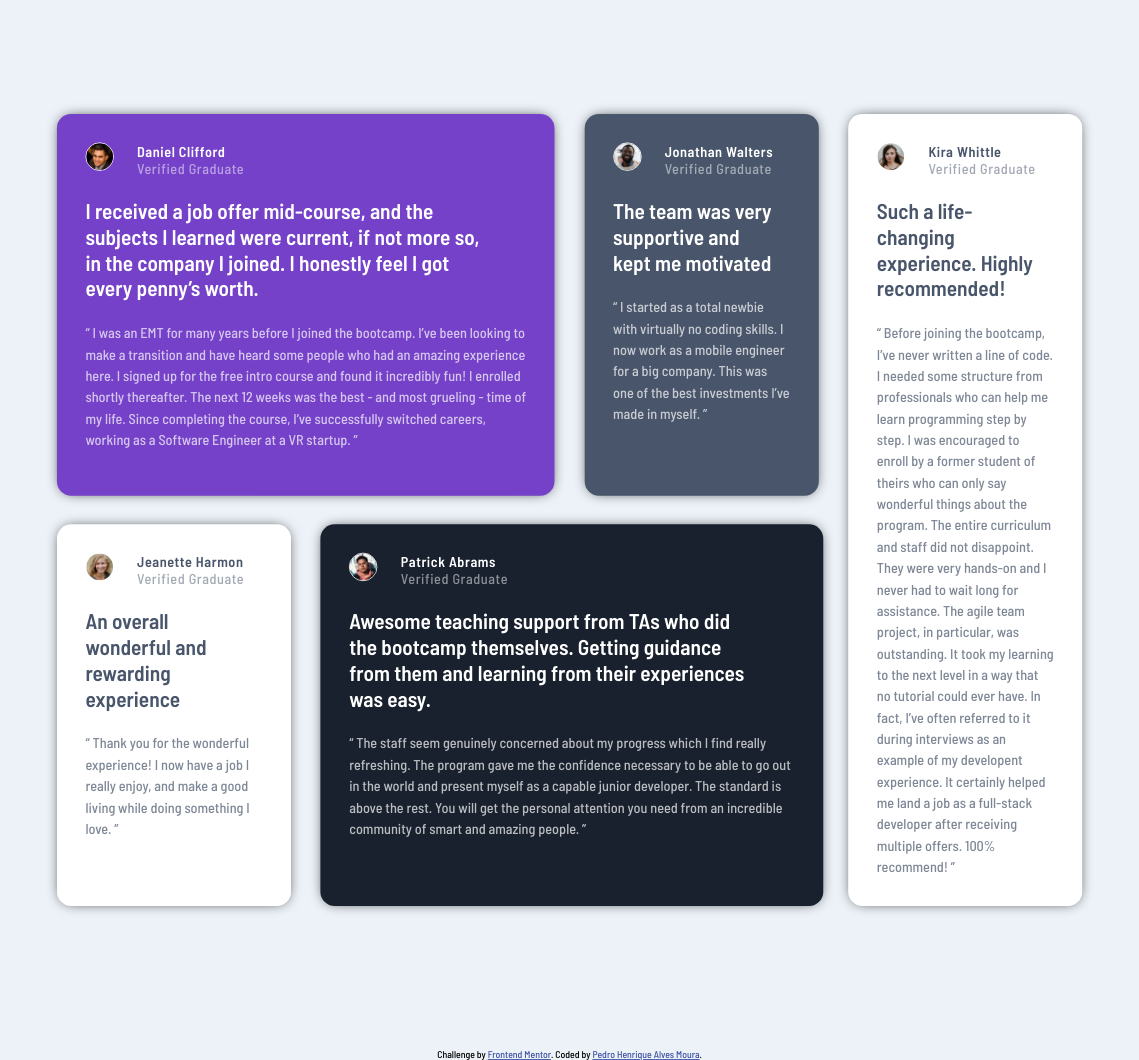
Repository: Pedrohamoura-Git/Frontend-Mentor-Challenges
Page: Junior/testimonials-grid-section-main/index.html
An editor plug-in stored every save of this project. The page is shown before and after the next save, followed by the edit.
The browser window is 1280 px wide. The pictures show the whole page, at 89% of full size.

Above is the page before, as saved 2021-06-02 10:14:52.

After the next save:
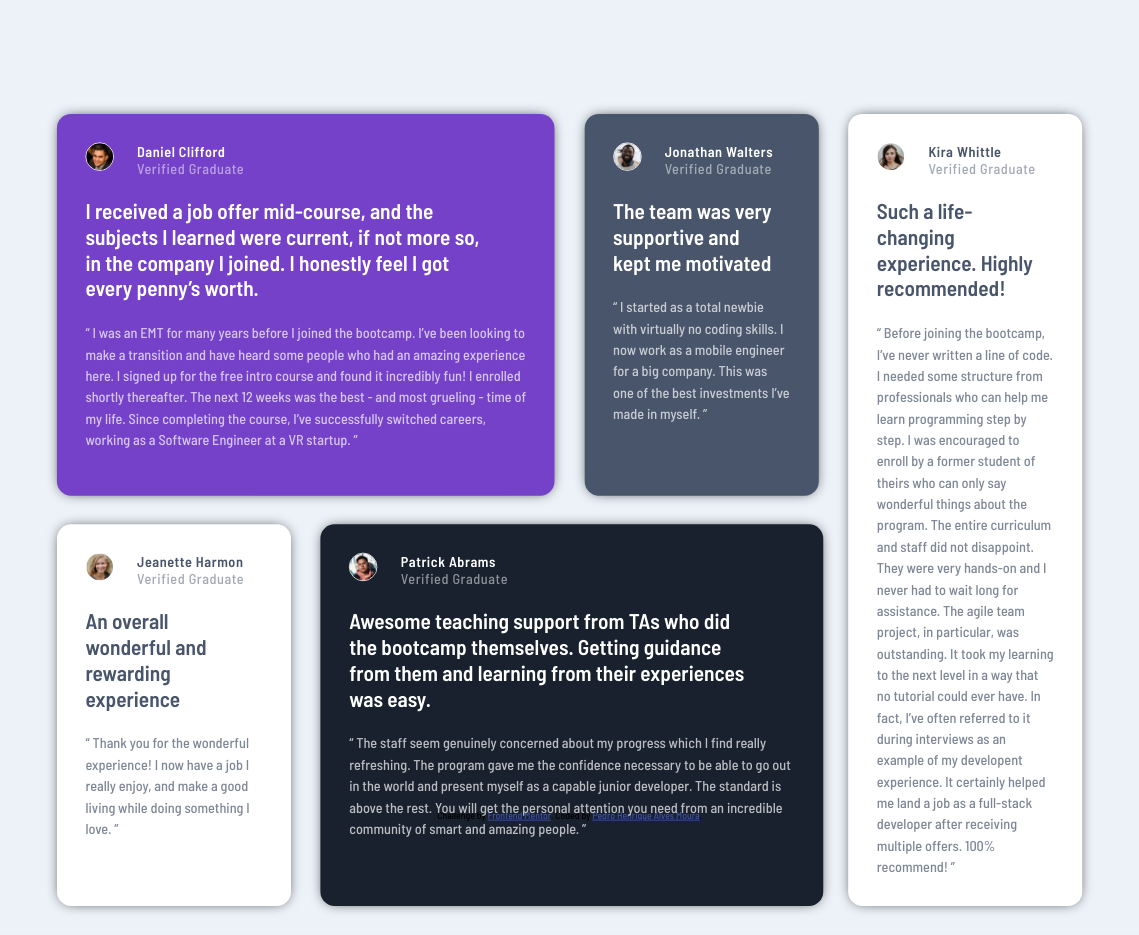
Saved 4 s later.
--- a/Junior/testimonials-grid-section-main/css/style.css
+++ b/Junior/testimonials-grid-section-main/css/style.css
@@ -131,7 +131,7 @@
 ** Format the footer
 */
     footer {
-        margin-top: ;
+        margin-top: -21%;
     }
 
 
